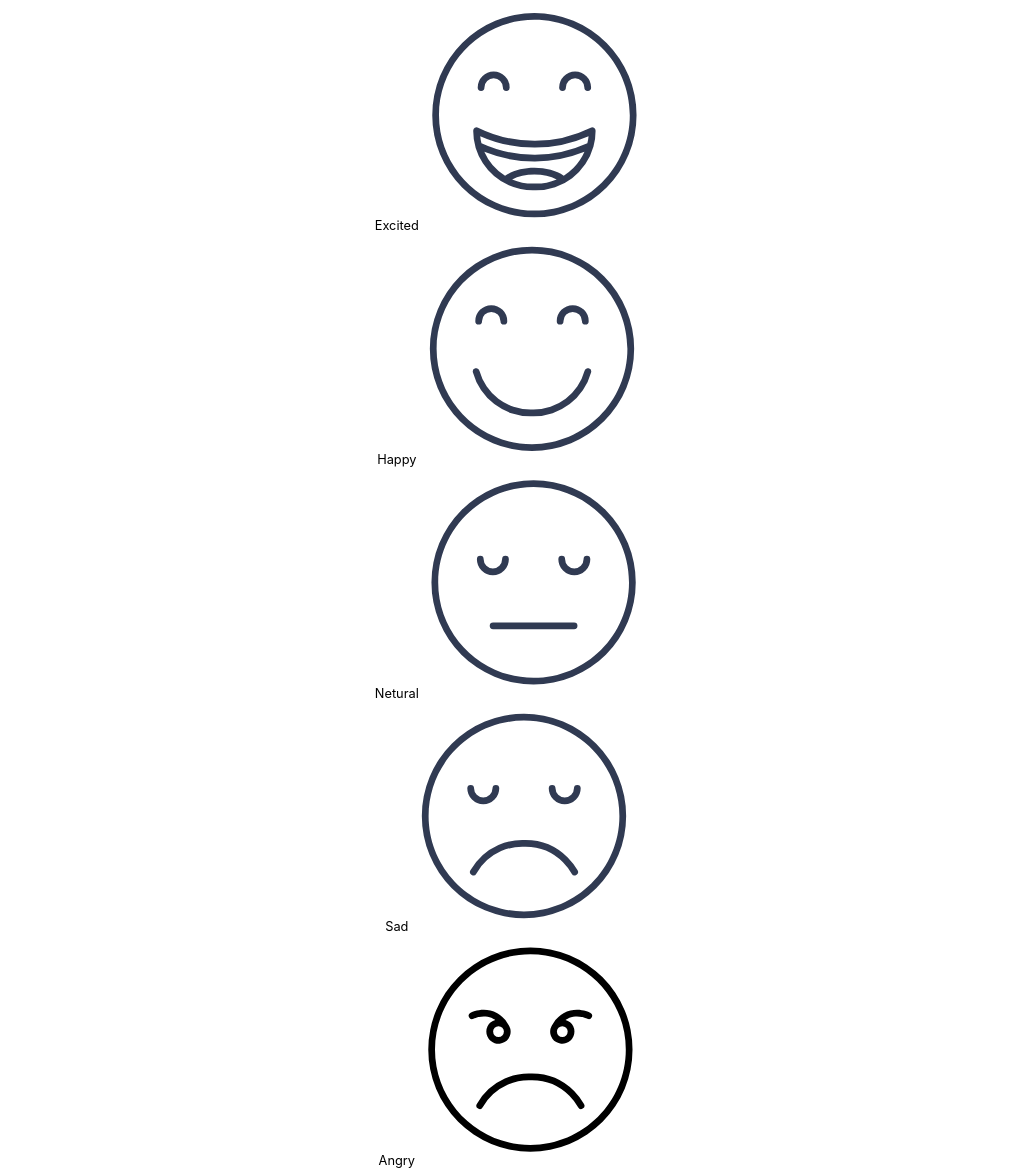
Repository: majakesin/moodify-app
Page: /
An editor plug-in stored every save of this project. The page is shown before and after the next save, followed by the edit.
The browser window is 1280 px wide. The pictures show the whole page, at 80% of full size.
The project was rebuilt for these pictures with package versions that can differ from the ones it lists, and the page was loaded fresh each time.

Above is the page before, as saved 2023-08-21 11:13:30.

After the next save:
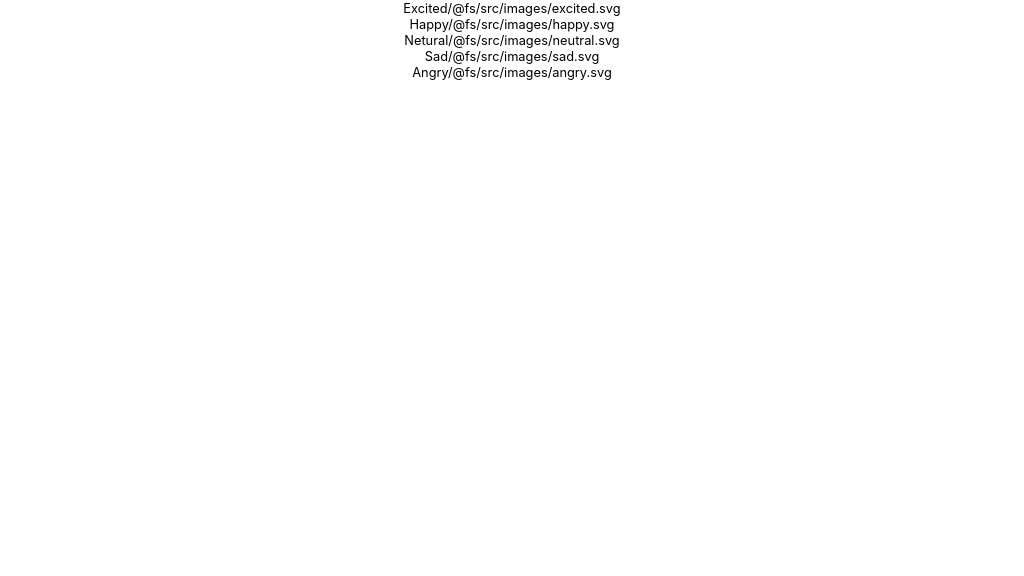
Saved 2 min 38 s later.
--- a/src/components/Mood/index.jsx
+++ b/src/components/Mood/index.jsx
@@ -6,7 +6,7 @@ const Mood = (props) => {
     return (
         <div>
             {type}
-            <img src={icon} alt ='test' />
+            {icon}
         </div>
     )
 };
